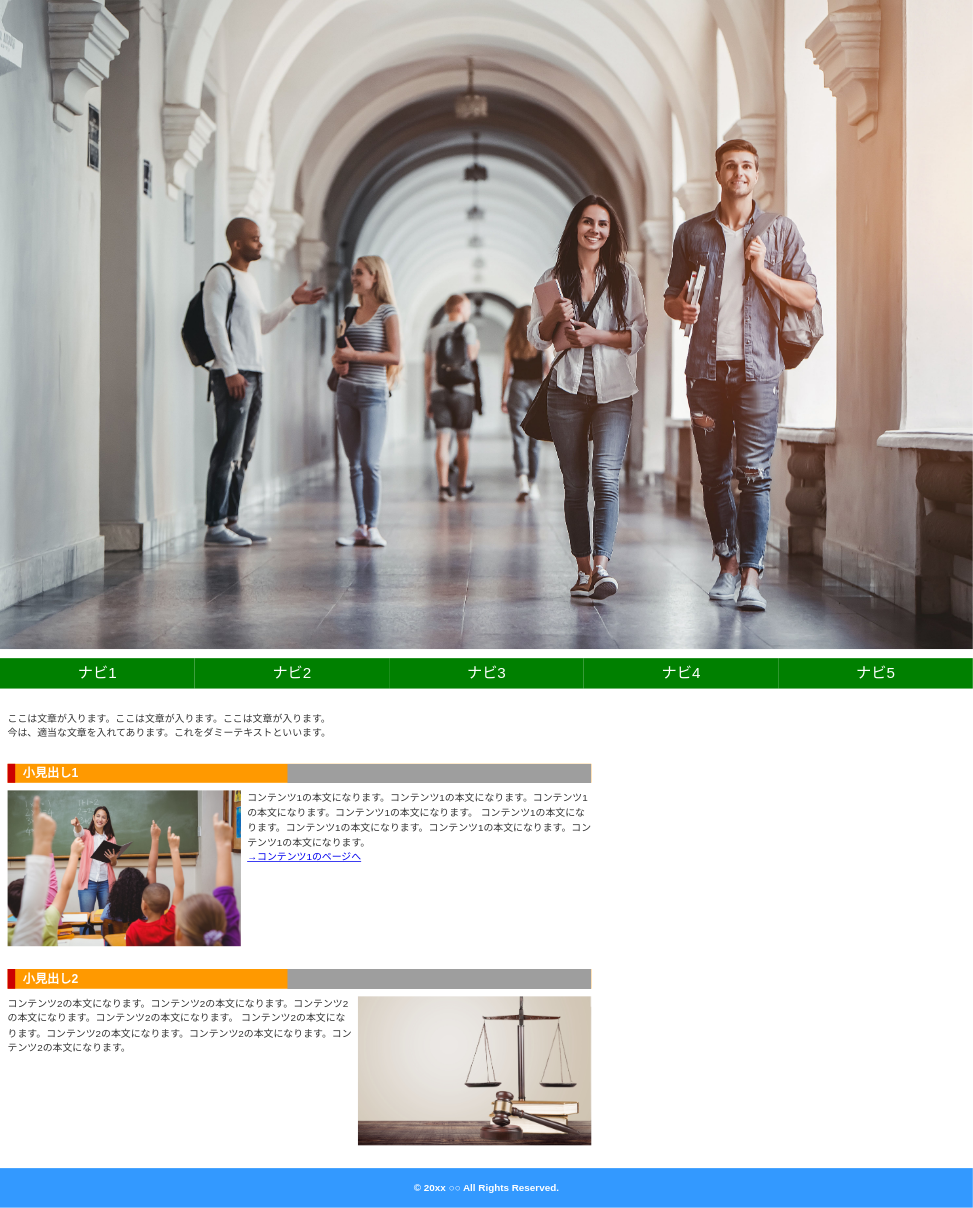
Repository: ryoji1228/samurai_HTML-CSS
Page: home.html
The author's editor kept a record of every edit. The page is drawn from the files as they stood at one moment, then again after the next edit.
The browser window is 1280 px wide. The pictures show the whole page, at 76% of full size.
Pictures or frames that could not be fetched are drawn as grey boxes.

Above is the page before.

After the next edit:
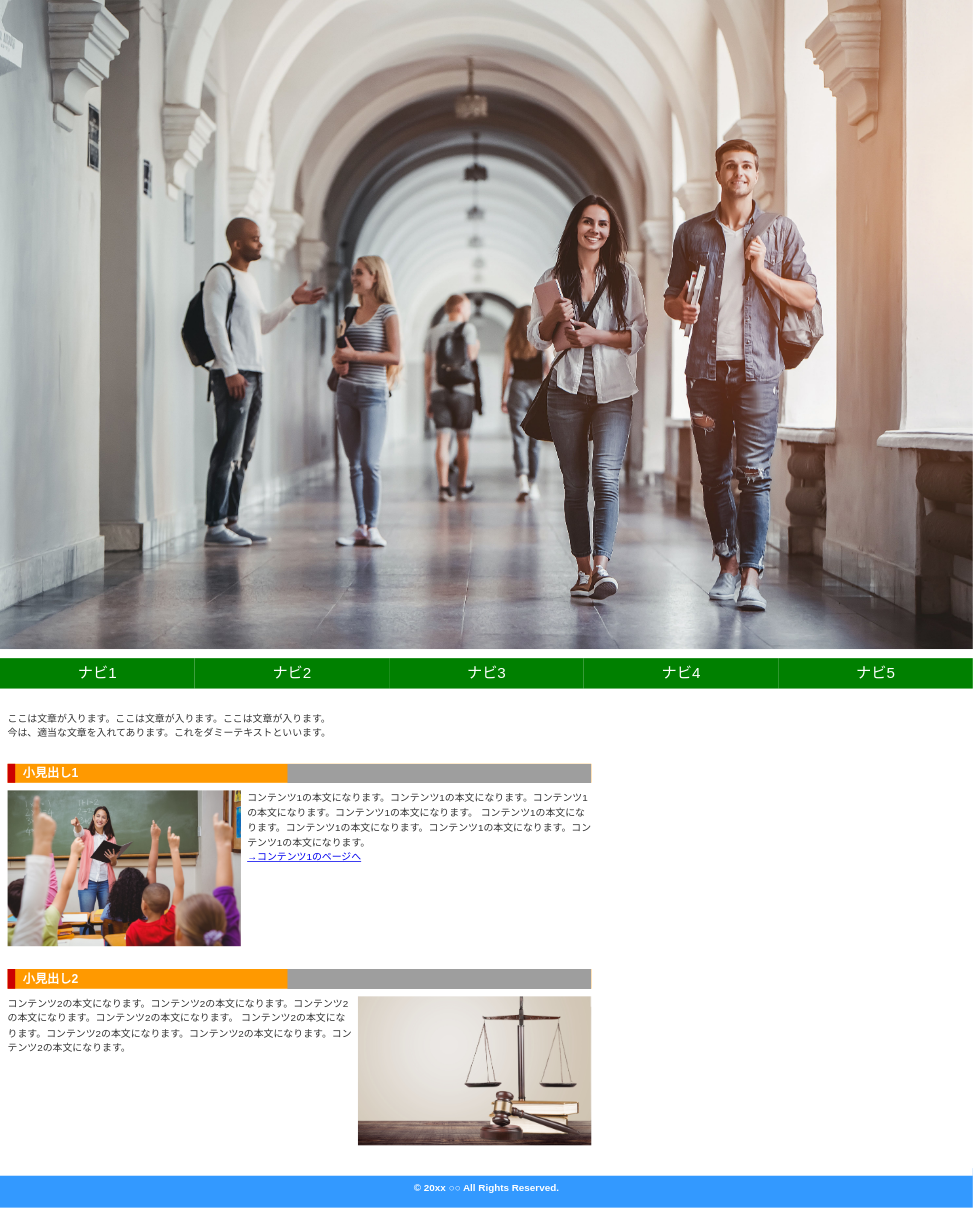
The edit:
--- a/stylesheet.css
+++ b/stylesheet.css
@@ -81,6 +81,8 @@
 	padding: auto;
 	padding-top: 20px;
 	clear: both;
+	display: grid;
+	grid-template-columus: 70vw 30vw;
 }
 /* -------------------- main -------------------- */
 #main {
